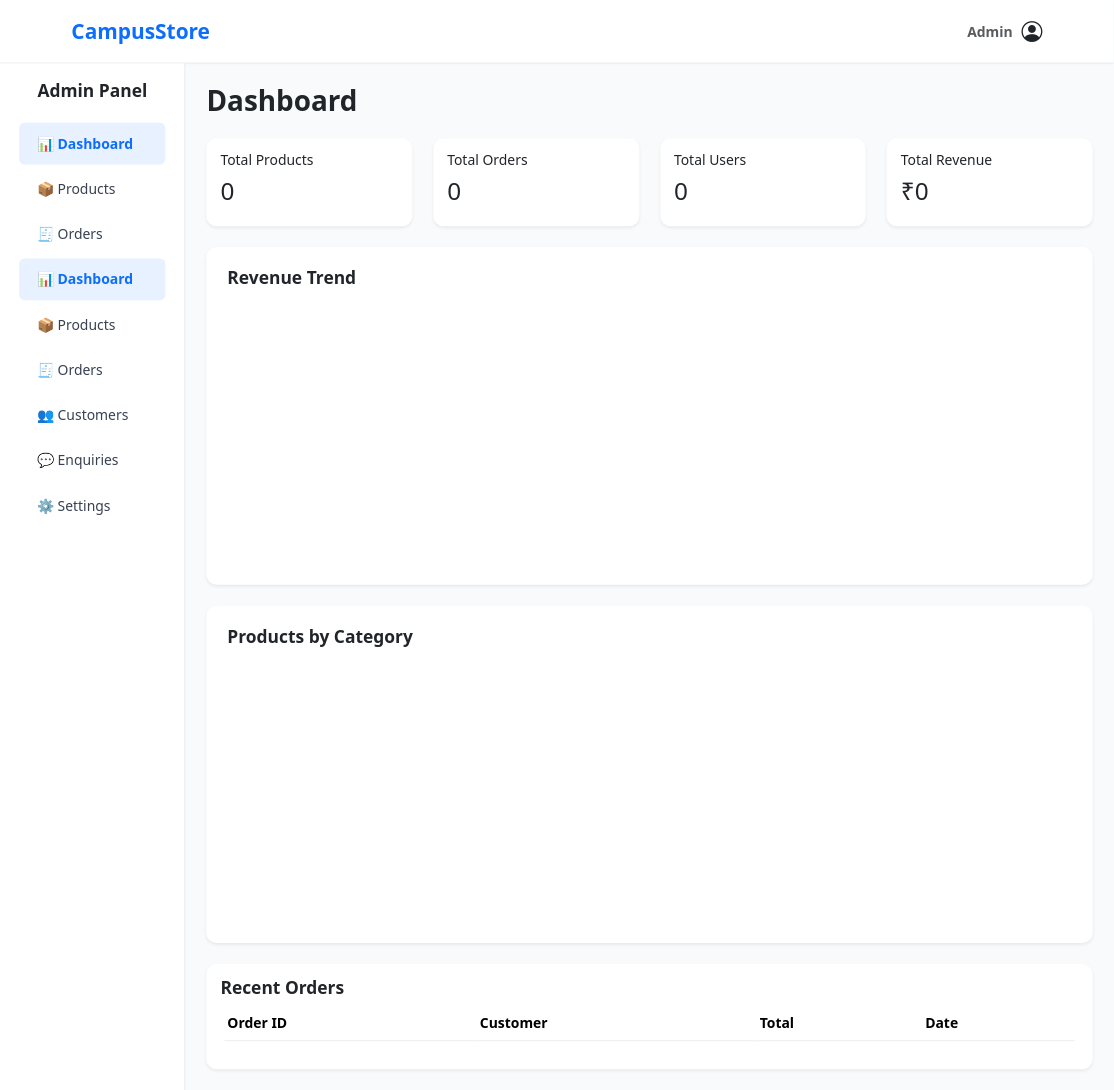
Repository: Kanika0004/CampusStore
Page: admin/dashboard.html
These files come from the project's save history. The page is drawn as it stood at one moment and after the next save; the edit follows.
The browser window is 1280 px wide. The pictures show the whole page, at 87% of full size.

Above is the page before, as saved 2026-03-14 01:03:38.
Console error (its wording comes from the project's code and is left out).

### admin/dashboard.html
<!DOCTYPE html>
<html>
<head>

<title>Admin Dashboard</title>

<meta charset="UTF-8">
<meta name="viewport" content="width=device-width, initial-scale=1">

<link href="https://cdn.jsdelivr.net/npm/bootstrap@5.3.8/dist/css/bootstrap.min.css" rel="stylesheet">
<script src="https://cdn.jsdelivr.net/npm/chart.js"></script>
<link href="https://cdn.jsdelivr.net/npm/bootstrap-icons@1.11.3/font/bootstrap-icons.css" rel="stylesheet">
<style>

body {
background: #f8fafc;
}

.sidebar{
background: #ffffff;
border-right: 1px solid #e5e7eb;
min-height: 100vh;
padding-top: 20px;
}

.sidebar h3{
color:#0d6efd;
font-weight:600;
}

.sidebar a{
display:block;
padding:12px 20px;
color:#374151;
text-decoration:none;
font-size:16px;
border-radius:6px;
margin:4px 10px;
}

.sidebar a:hover{
background:#eef2ff;
color:#0d6efd;
}

.sidebar a.active{
background:#e7f1ff;
color:#0d6efd;
font-weight:600;
}

.content{
padding:30px;
}

.card {
border: none;
border-radius: 12px;
transition: transform 0.2s ease, box-shadow 0.2s ease;
}

.card:hover {
transform: translateY(-4px);
box-shadow: 0 10px 25px rgba(0,0,0,0.12);
}

canvas {
max-height: 300px;
}

table {
background: white;
border-radius: 8px;
overflow: hidden;
}

.admin-navbar{
background:white;
padding:18px 0;
border-bottom:1px solid #e5e7eb;
box-shadow:0 1px 4px rgba(0,0,0,0.04);
}

.logo{
font-size:24px;
font-weight:700;
color:#0d6efd;
margin:0;
}

.admin-profile{
display:flex;
align-items:center;
gap:10px;
font-size:16px;
}

</style>
<script src="https://cdn.jsdelivr.net/npm/bootstrap@5.3.2/dist/js/bootstrap.bundle.min.js"></script>
</head>

<body>

<div class="container-fluid">

<div class="row">

<nav class="admin-navbar">

<div class="container d-flex justify-content-between align-items-center">

<h3 class="logo">CampusStore</h3>

<div class="admin-profile">
<span class="text-muted fw-bold">Admin</span>
<i class="bi bi-person-circle fs-4"></i>
</div>

</div>

</nav>

<!-- SIDEBAR -->

<div class="col-md-2 sidebar">

<h5 class="text-center mb-4 fw-bold">Admin Panel</h5>

<a href="dashboard.html" class="active">
📊 Dashboard
</a>

<a href="#" onclick="loadPage('products.html', this)">
📦 Products
</a>

<a href="#" onclick="loadPage('orders.html', this)">
🧾 Orders
</a>

<a href="dashboard.html" class="active">
📊 Dashboard
</a>

<a href="#" onclick="loadPage('products.html', this)">
📦 Products
</a>

<a href="#" onclick="loadPage('orders.html', this)">
🧾 Orders
</a>

<a href="#" onclick="loadPage('customers.html', this)">
👥 Customers
</a>

<a href="#" onclick="loadPage('enquiries.html', this)">
💬 Enquiries
</a>

<a href="#" onclick="loadPage('settings.html', this)">
⚙ Settings
</a>

</div>



<!-- MAIN CONTENT -->

<div class="col-md-10 p-4" id="main-content">

<h2 class="mb-4 fw-bold">Dashboard</h2>

<!-- STATS CARDS -->

<div class="row g-4 mb-4">

<div class="col-md-3">
<div class="card shadow-sm">
<div class="card-body">
<h6>Total Products</h6>
<h3 id="products">0</h3>
</div>
</div>
</div>

<div class="col-md-3">
<div class="card shadow-sm">
<div class="card-body">
<h6>Total Orders</h6>
<h3 id="orders">0</h3>
</div>
</div>
</div>

<div class="col-md-3">
<div class="card shadow-sm">
<div class="card-body">
<h6>Total Users</h6>
<h3 id="users">0</h3>
</div>
</div>
</div>

<div class="col-md-3">
<div class="card shadow-sm">
<div class="card-body">
<h6>Total Revenue</h6>
<h3 id="revenue">₹0</h3>
</div>
</div>
</div>

</div>

<!-- Revenue Chart -->

<div class="card shadow-sm p-4 mb-4">

<h5 class="mb-3 fw-bold" >Revenue Trend</h5>

<canvas id="salesChart"></canvas>

</div>


<!-- Category Chart -->

<div class="card shadow-sm p-4 mb-4">

<h5 class="mb-3 fw-bold">Products by Category</h5>

<canvas id="categoryChart"></canvas>

</div>



<!-- RECENT ORDERS -->

<div class="card shadow-sm">

<div class="card-body">

<h5 class="fw-bold">Recent Orders</h5>

<table class="table">

<thead>

<tr>
<th>Order ID</th>
<th>Customer</th>
<th>Total</th>
<th>Date</th>
</tr>

</thead>

<tbody id="recentOrders"></tbody>

</table>

</div>

</div>

</div>

</div>

</div>

<script>

fetch("backend/get_dashboard_stats.php")
.then(res=>res.json())
.then(data=>{

document.getElementById("products").innerText=data.products
document.getElementById("orders").innerText=data.orders
document.getElementById("users").innerText=data.users
document.getElementById("revenue").innerText="₹"+data.revenue


let html=""

data.recent_orders.forEach(o=>{

html+=`
<tr>
<td>${o.id}</td>
<td>${o.name}</td>
<td>₹${o.total}</td>
<td>${o.created_at}</td>
</tr>
`

})

document.getElementById("recentOrders").innerHTML=html

// Revenue Chart
const ctx=document.getElementById("salesChart").getContext("2d");

new Chart(ctx,{
type:"line",
data:{
labels:["Today"],
datasets:[{
label:"Revenue",
data:[data.revenue],
borderColor:"#0d6efd",
backgroundColor:"rgba(13,110,253,0.1)",
fill:true,
tension:0.4
}]
}
})

const categoryCtx = document.getElementById("categoryChart").getContext("2d");

new Chart(categoryCtx,{
type:"doughnut",
data:{
labels:["Electronics","Clothing","Accessories","Stationery"],
datasets:[{
data:[8,6,7,4],
backgroundColor:[
"#0d6efd",
"#198754",
"#ffc107",
"#dc3545"
]
}]
}
})

})

function loadPage(page, el){

// highlight active menu
document.querySelectorAll(".sidebar a").forEach(a=>{
a.classList.remove("active")
})

if(el){
el.classList.add("active")
}

fetch(page)
.then(res=>res.text())
.then(data=>{

document.getElementById("main-content").innerHTML = data

// load page scripts
if(page === "products.html"){
setTimeout(loadProducts,100)
}

if(page === "orders.html"){
setTimeout(loadOrders,100)
}

if(page === "customers.html"){
setTimeout(loadCustomers,100)
}

if(page === "enquiries.html"){
setTimeout(loadEnquiries,100)
}

})
}
</script>

<script src="admin.js"></script>

</body>
</html>

### admin/admin.js
/* LOAD PRODUCTS */

function loadProducts(){

fetch("/campusstore/backend/get_products.php")

.then(res => res.json())

.then(data => {

let html=""

data.forEach(p=>{

html+=`

<tr>

<td>${p.id}</td>

<td>
<img src="/campusstore/public/${p.image}" width="50">
</td>

<td>${p.name}</td>

<td>${p.category}</td>

<td>₹${p.price}</td>

<td>

<button class="btn btn-warning btn-sm" onclick="editProduct(${p.id})">
Edit
</button>

<button class="btn btn-danger btn-sm" onclick="deleteProduct(${p.id})">
Delete
</button>

</td>

</tr>

`

})

document.getElementById("productTable").innerHTML=html

})

}



/* DELETE PRODUCT */

function deleteProduct(id){

if(!confirm("Delete this product?")) return

fetch("/campusstore/admin/backend/delete_product.php",{

method:"POST",

headers:{
"Content-Type":"application/x-www-form-urlencoded"
},

body:"id="+id

})

.then(res=>res.json())
.then(data=>{
if(data.status==="success"){
loadProducts()
}
})

}



/* EDIT PRODUCT */

function editProduct(id){

let name=prompt("Enter new name")
let price=prompt("Enter new price")

fetch("/campusstore/admin/backend/edit_product.php",{

method:"POST",

headers:{
"Content-Type":"application/x-www-form-urlencoded"
},

body:`id=${id}&name=${name}&price=${price}`

})

.then(res=>res.json())
.then(data=>{
if(data.status==="success"){
loadProducts()
}
})

}



/* ADD PRODUCT */

function addProduct(){

let name=document.getElementById("name").value
let price=document.getElementById("price").value
let image=document.getElementById("image").value
let category=document.getElementById("category").value
let subcategory=document.getElementById("subcategory").value

fetch("/campusstore/admin/backend/add_product.php",{

method:"POST",

headers:{
"Content-Type":"application/x-www-form-urlencoded"
},

body:`name=${name}&price=${price}&image=${image}&category=${category}&subcategory=${subcategory}`

})

.then(res=>res.json())
.then(data=>{

if(data.status==="success"){

alert("Product Added")

loadProducts()

}

})

}

let salesChartInstance = null;

function loadSalesChart(){

fetch("/campusstore/backend/get_sales_daywise.php")
.then(res => res.json())
.then(data => {

let labels = []
let revenue = []

data.forEach(row=>{
labels.push(row.day)
revenue.push(row.revenue)
})

// get canvas context
const ctx = document.getElementById("salesChart").getContext("2d")

// destroy old chart if exists
if(salesChartInstance){
salesChartInstance.destroy()
}

salesChartInstance = new Chart(ctx,{

type:"line",

data:{
labels:labels,

datasets:[{
label:"Revenue",
data:revenue,
borderColor:"#0d6efd",
backgroundColor:"rgba(13,110,253,0.15)",
pointBackgroundColor:"#0d6efd",
pointRadius:5,
tension:0.4,
fill:true
}]
},

options:{
responsive:true,

plugins:{
legend:{
display:true,
position:"top"
}
},

scales:{
y:{
beginAtZero:true
}
}

}

})

})

}

function loadCategoryChart(){

fetch("/campusstore/backend/get_category_products.php")

.then(res=>res.json())

.then(data=>{

let labels=[]
let values=[]

data.forEach(row=>{
labels.push(row.category)
values.push(row.total)
})

new Chart(document.getElementById("categoryChart"),{

type:"doughnut",

data:{
labels:labels,

datasets:[{
data:values,

backgroundColor:[
"#0d6efd",
"#20c997",
"#ffc107",
"#dc3545",
"#6f42c1"
]
}]
},

options:{
plugins:{
legend:{
position:"bottom"
}
}
}

})

})

}

function loadOrders(){

fetch("/campusstore/backend/get_orders.php")

.then(res=>res.json())

.then(data=>{

let html=""

data.forEach(o=>{

html+=`

<tr>

<td>${o.id}</td>

<td>${o.name}</td>

<td>₹${o.total}</td>

<td>${o.payment_method}</td>

<td>

<select class="form-select form-select-sm"
onchange="updateStatus(${o.id}, this.value)">

<option ${o.status=="Pending"?"selected":""}>Pending</option>
<option ${o.status=="Processing"?"selected":""}>Processing</option>
<option ${o.status=="Shipped"?"selected":""}>Shipped</option>
<option ${o.status=="Delivered"?"selected":""}>Delivered</option>

</select>

</td>

<td>${o.created_at}</td>

<td>
<button class="btn btn-sm btn-primary"
onclick="viewOrder(${o.id})">
View
</button>
</td>

</tr>
`
})

document.getElementById("ordersTable").innerHTML=html

})

}

function searchOrders(){

let input=document.getElementById("searchOrders").value.toLowerCase()
let rows=document.querySelectorAll("#ordersTable tr")

rows.forEach(row=>{

let id=row.cells[0].innerText.toLowerCase()
let user=row.cells[1].innerText.toLowerCase()

if(id.includes(input) || user.includes(input)){
row.style.display=""
}else{
row.style.display="none"
}

})

}

function updateStatus(id,status){

fetch("/campusstore/backend/update_order_status.php",{

method:"POST",

headers:{
"Content-Type":"application/x-www-form-urlencoded"
},

body:`id=${id}&status=${status}`

})
.then(res=>res.json())
.then(data=>{

if(data.status==="success"){
alert("Status updated")
}

})

}

function viewOrder(id){

fetch(`/campusstore/backend/get_order_details.php?id=${id}`)

.then(res=>res.json())

.then(data=>{

let html=`

<p><strong>Order ID:</strong> ${data.id}</p>

<p><strong>Customer:</strong> ${data.name}</p>

<p><strong>Email:</strong> ${data.email}</p>

<p><strong>Address:</strong> ${data.address}</p>

<p><strong>Total:</strong> ₹${data.total}</p>

<p><strong>Payment:</strong> ${data.payment_method}</p>

`

document.getElementById("orderDetails").innerHTML=html

new bootstrap.Modal(document.getElementById("orderModal")).show()

})

}



/* LOAD CUSTOMERS */

function loadCustomers(){

fetch("/campusstore/admin/backend/get_customers.php")

.then(res=>res.json())

.then(data=>{

let html=""

data.forEach(c=>{

html+=`

<tr>

<td>${c.id}</td>
<td>${c.name}</td>
<td>${c.email}</td>

<td>
<button class="btn btn-primary btn-sm"
onclick="viewCustomerOrders(${c.id})">
View Orders
</button>
</td>

<td>
<button class="btn btn-danger btn-sm"
onclick="deleteCustomer(${c.id})">
Delete
</button>
</td>

</tr>

`

})

document.getElementById("customerTable").innerHTML=html

})

}



/* DELETE CUSTOMER */

function deleteCustomer(id){

if(!confirm("Delete this customer?")) return

fetch("/CampusStore/admin/backend/delete_customer.php",{

method:"POST",

headers:{
"Content-Type":"application/x-www-form-urlencoded"
},

body:"id="+id

})

.then(res=>res.json())
.then(data=>{

if(data.status==="success"){

alert("Customer deleted")
loadCustomers()

}else{

alert(data.message || "Delete failed")

}

})

}



// VIeW CUST ORDERS

function viewCustomerOrders(userId){

fetch(`/CampusStore/admin/backend/get_customer_orders.php?user_id=${userId}`)

.then(res=>res.json())

.then(data=>{

let html=""

if(data.length===0){

html="<p>No orders found</p>"

}else{

data.forEach(o=>{

html+=`

<p>
<strong>Order ID:</strong> ${o.id}<br>
<strong>Total:</strong> ₹${o.total}<br>
<strong>Status:</strong> ${o.status}
</p>

<hr>

`

})

}

document.getElementById("ordersContent").innerHTML=html

new bootstrap.Modal(document.getElementById("ordersModal")).show()

})

}


/* LOAD ENQUIRIES */

function loadEnquiries(){

fetch("/CampusStore/admin/backend/get_enquiries.php")

.then(res=>res.json())

.then(data=>{

let html=""

data.forEach(e=>{

html+=`

<tr>

<td>${e.id}</td>
<td>${e.name}</td>
<td>${e.email}</td>
<td>${e.message}</td>
<td>${e.admin_reply ?? "-"}</td>
<td>${e.status}</td>

<td>

<button class="btn btn-success btn-sm"
onclick="replyEnquiry(${e.id})">
Reply
</button>

<button class="btn btn-danger btn-sm"
onclick="deleteEnquiry(${e.id})">
Delete
</button>

</td>

</tr>

`

})

document.getElementById("enquiryTable").innerHTML = html

})

}

After the next save:
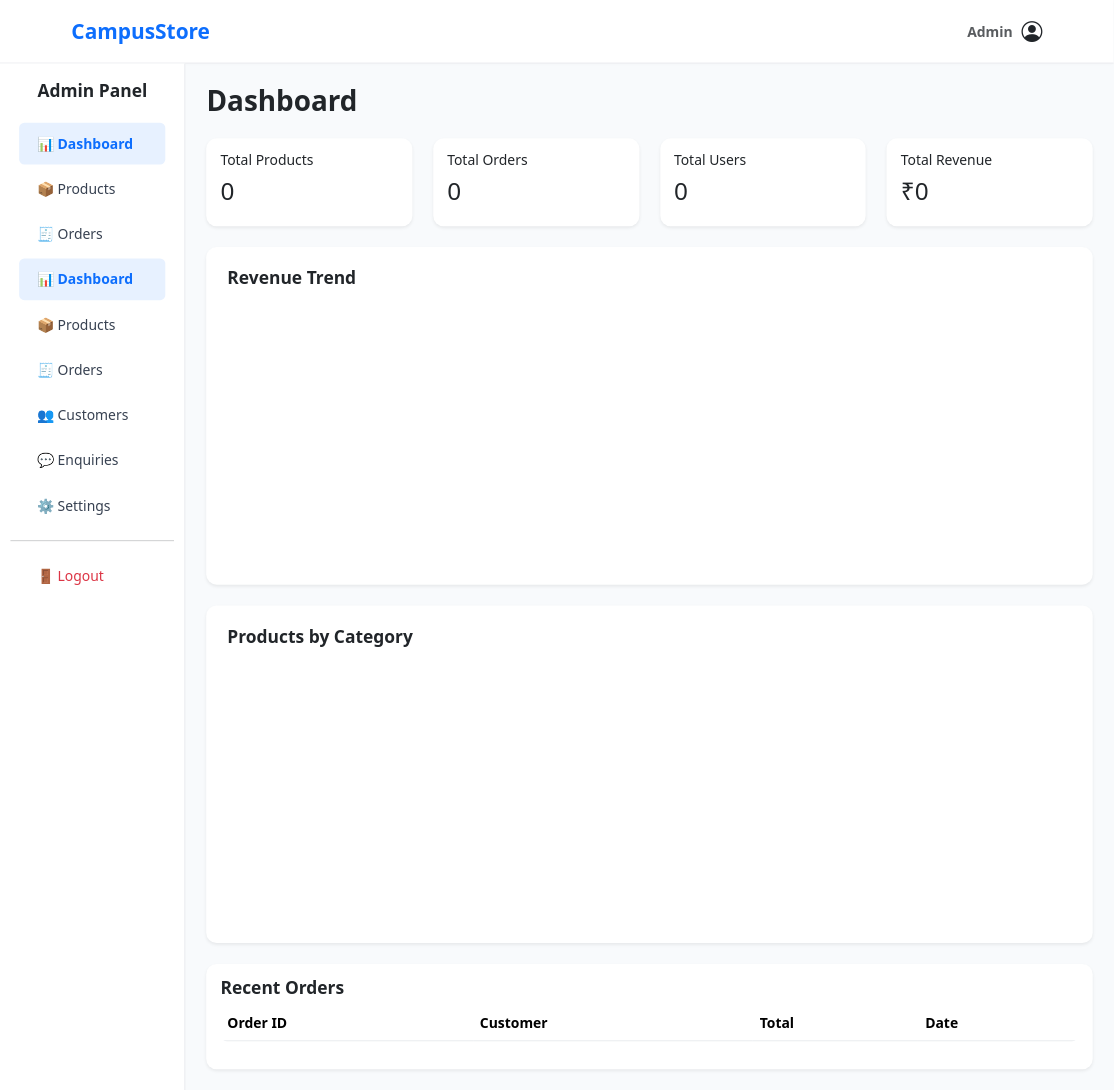
Saved 2 min 41 s later.
--- a/admin/dashboard.html
+++ b/admin/dashboard.html
@@ -160,6 +160,12 @@
 
 <a href="#" onclick="loadPage('settings.html', this)">
 ⚙ Settings
+</a>
+
+<hr>
+
+<a href="logout.php" class="text-danger">
+🚪 Logout
 </a>
 
 </div>
